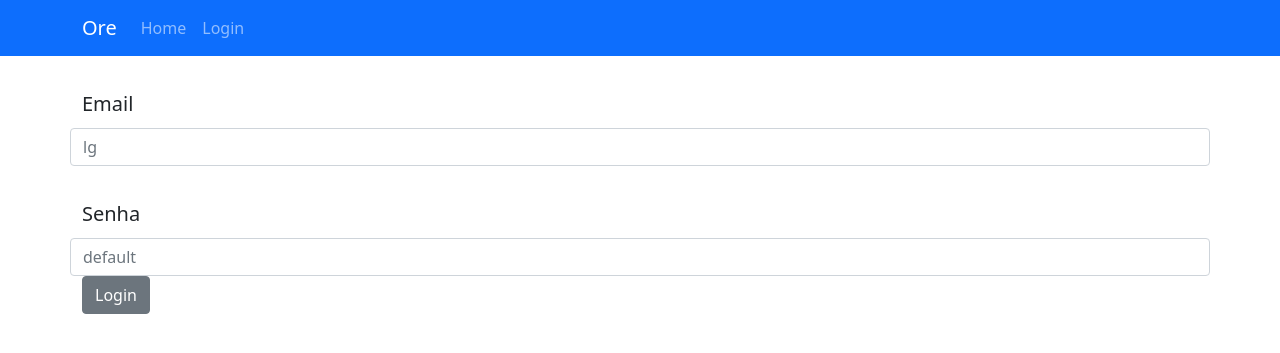
Repository: thf4/React-Front
Page: /login
The author's editor kept a copy of each file at every save. The page is drawn from the files as they stood at one save, then again after the next save.
The browser window is 1280 px wide. The pictures show the whole page.
The project was rebuilt for these pictures with package versions that can differ from the ones it lists, and the page was loaded fresh each time. Also part of the build but not shown: src/config/index.js, src/pages/Home/index.js, src/pages/Vizualizar/index.js, src/config/cadastrar.js, src/pages/Cadastrar/index.js, src/pages/Editar/index.js, src/pages/HomePage/index.js.

Above is the page before, as saved 2021-05-07 15:59:44.

After the next save:
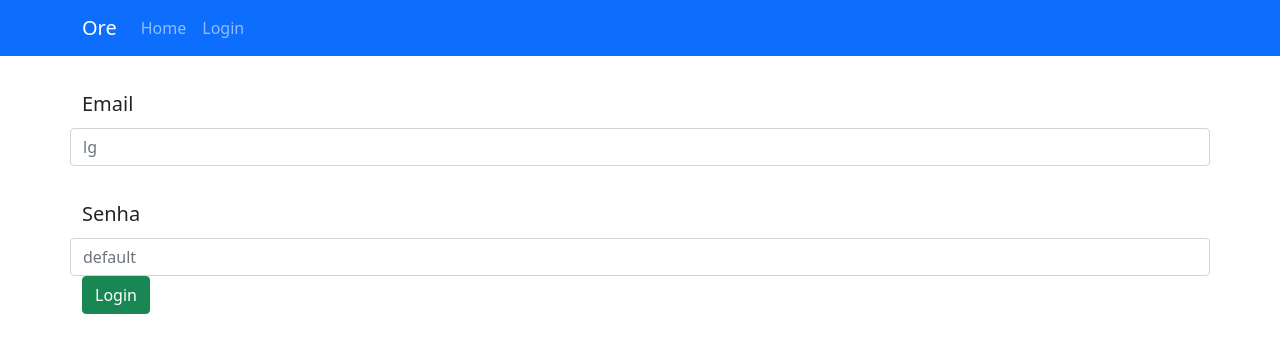
Saved 12 s later.
--- a/src/pages/Login/index.js
+++ b/src/pages/Login/index.js
@@ -21,7 +21,7 @@ export const Login = (props) => {
             placeholder="default"
           />
         </FormGroup>
-        <Button > Login </Button>
+        <Button className="btn btn-success" > Login </Button>
       </Form>
     </Container>
   );
